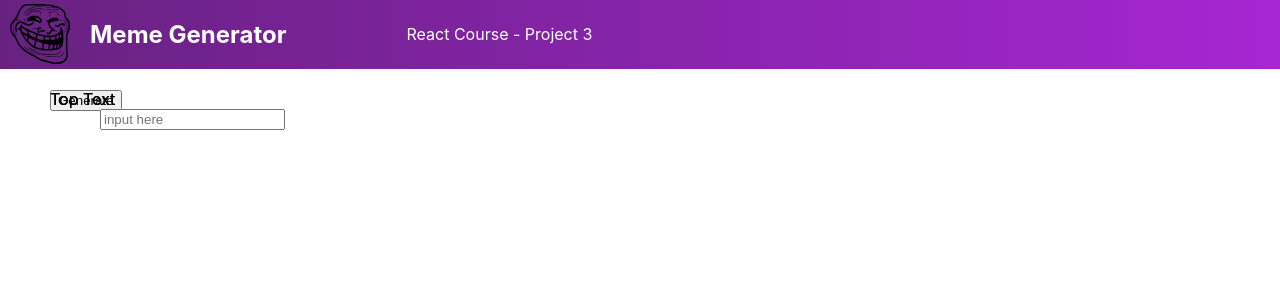
Repository: mortiestmorty1/meme-generator-react
Page: /
An editor plug-in stored every save of this project. The page is shown before and after the next save, followed by the edit.
The browser window is 1280 px wide. The pictures show the whole page.
The project was rebuilt for these pictures with package versions that can differ from the ones it lists, and the page was loaded fresh each time.

Above is the page before, as saved 2024-01-17 19:17:28.

After the next save:
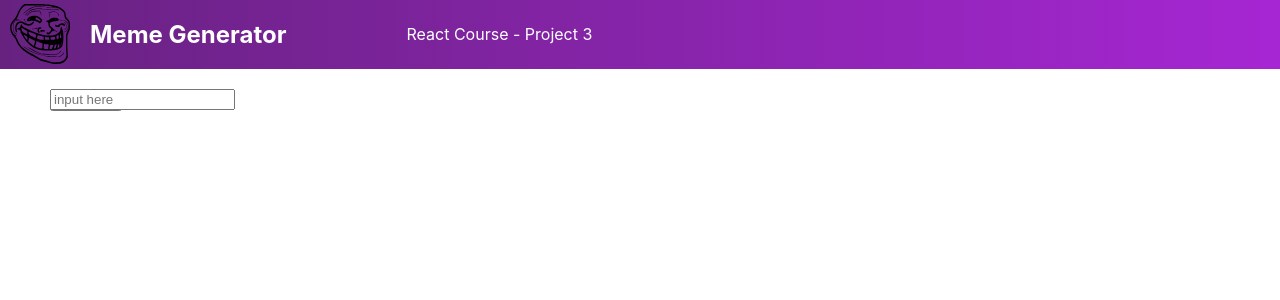
Saved 14 s later.
--- a/src/App.css
+++ b/src/App.css
@@ -35,11 +35,9 @@
   }
   .topinput{
     position: absolute;
-    margin-top: 20px;
-    margin-left: 50px;
+
   }
   .bottominput{
     position: absolute;
-    margin-top: 20px;
-    margin-left: 50px;
+
   }
